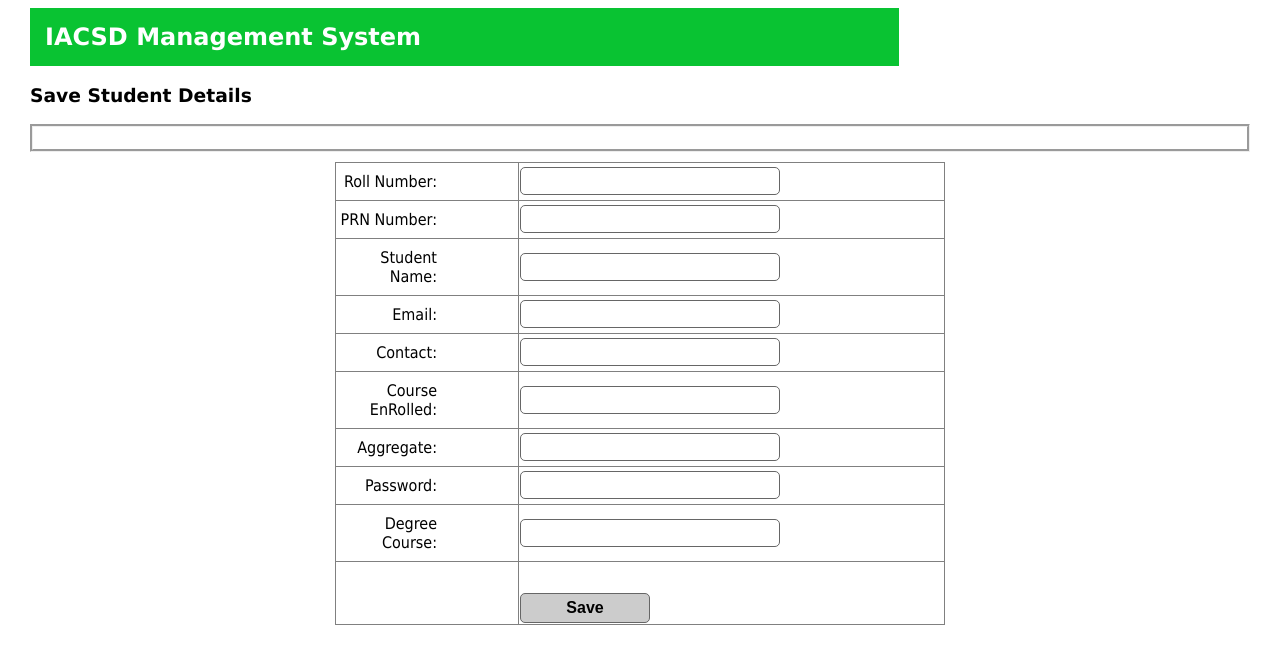
Repository: vsc8791/IMS
Page: http://localhost/web-customer-tracker/WEB-INF/view/student-register-form.jsp
An editor plug-in stored every save of this project. The page is shown before and after the next save, followed by the edit.
The browser window is 1280 px wide. The pictures show the whole page.
The page is served by Tomcat 9. Nobody is signed in. The template is opened directly, without the code that normally fills it, so the values that code supplies are empty.

Above is the page before, as saved 2018-07-26 11:57:16.

After the next save:
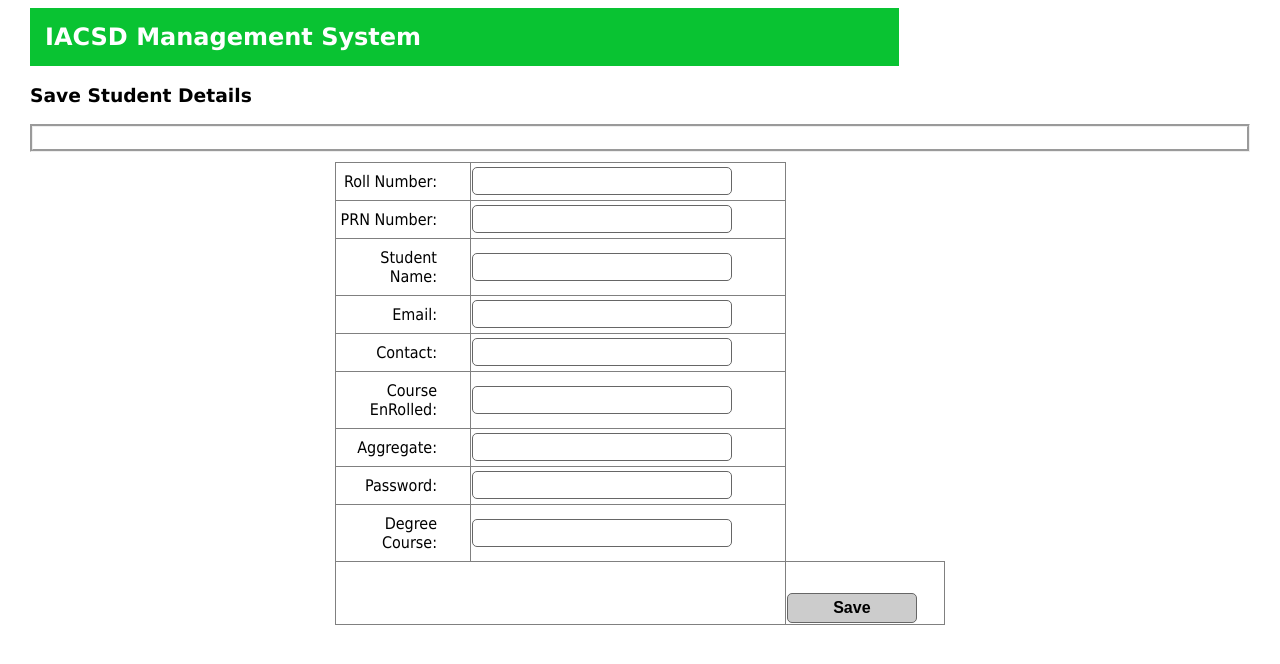
Saved 58 s later.
--- a/web-customer-tracker/WebContent/WEB-INF/view/student-register-form.jsp
+++ b/web-customer-tracker/WebContent/WEB-INF/view/student-register-form.jsp
@@ -66,7 +66,7 @@
 						<td><form:input path="degree_course"/></td>
 					</tr>
 					<tr>
-						<td><label></label></td>
+						<td colspan="2"><label></label></td>
 						<td><input type="submit" value="Save" class="save" /></td>
 					</tr>
 				</tbody>

After the save that followed:
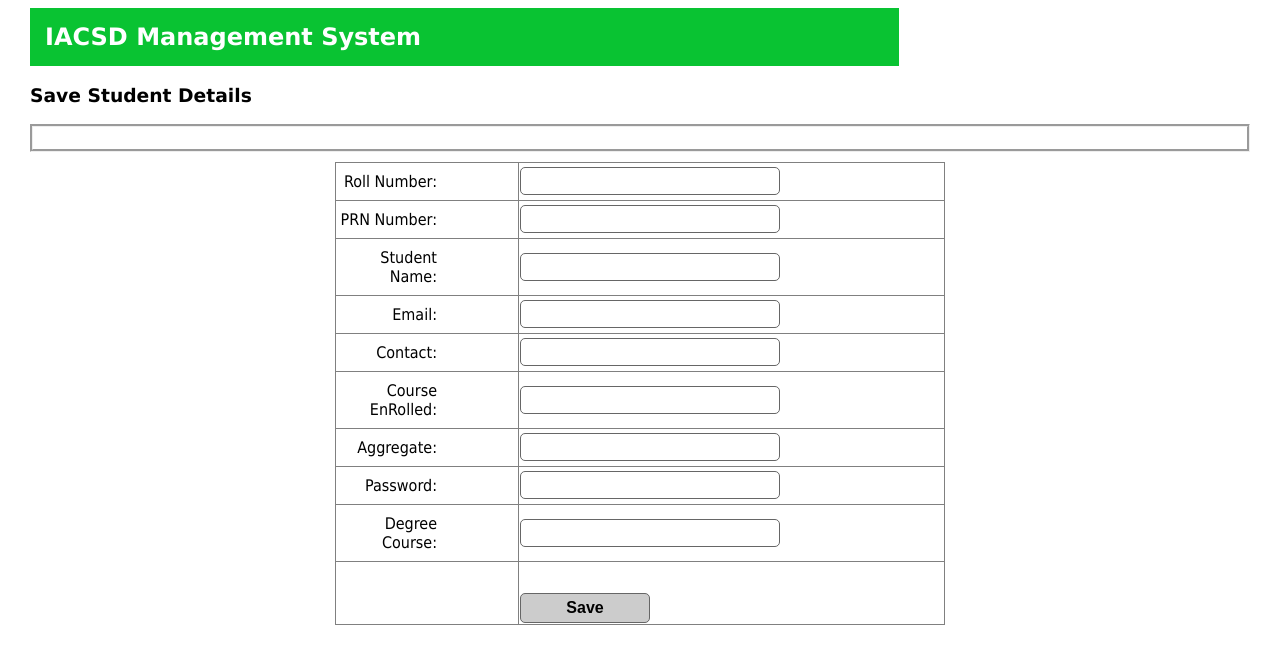
Saved 42 s later.
--- a/web-customer-tracker/WebContent/WEB-INF/view/student-register-form.jsp
+++ b/web-customer-tracker/WebContent/WEB-INF/view/student-register-form.jsp
@@ -66,7 +66,7 @@
 						<td><form:input path="degree_course"/></td>
 					</tr>
 					<tr>
-						<td colspan="2"><label></label></td>
+						<td><label></label></td>
 						<td><input type="submit" value="Save" class="save" /></td>
 					</tr>
 				</tbody>
